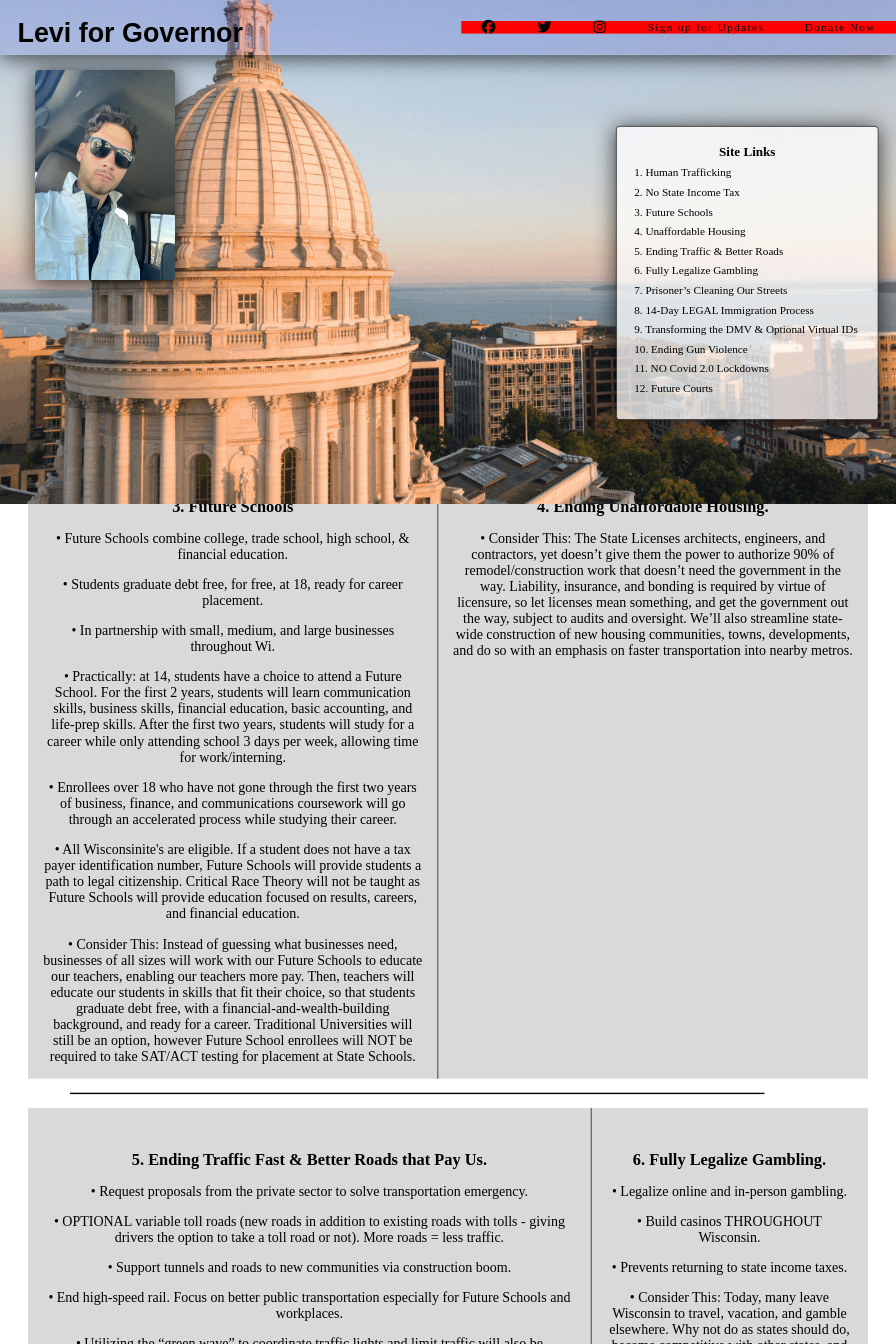
Repository: LeviCB/LeviCB.github.io
Page: index.html
The author's editor kept a record of every edit. The page is drawn from the files as they stood at one moment, then again after the next edit.
The browser window is 1280 px wide. The pictures show the part of the page from y = 0 to 1920 px (the page is 3982 px tall), at 70% of full size.
Some web fonts or font styles are not loaded; a fallback is used. Some web libraries are served in a nearby version.

Above is the page before.
Console error: SyntaxError: Identifier 'head' has already been declared

After the next edit:
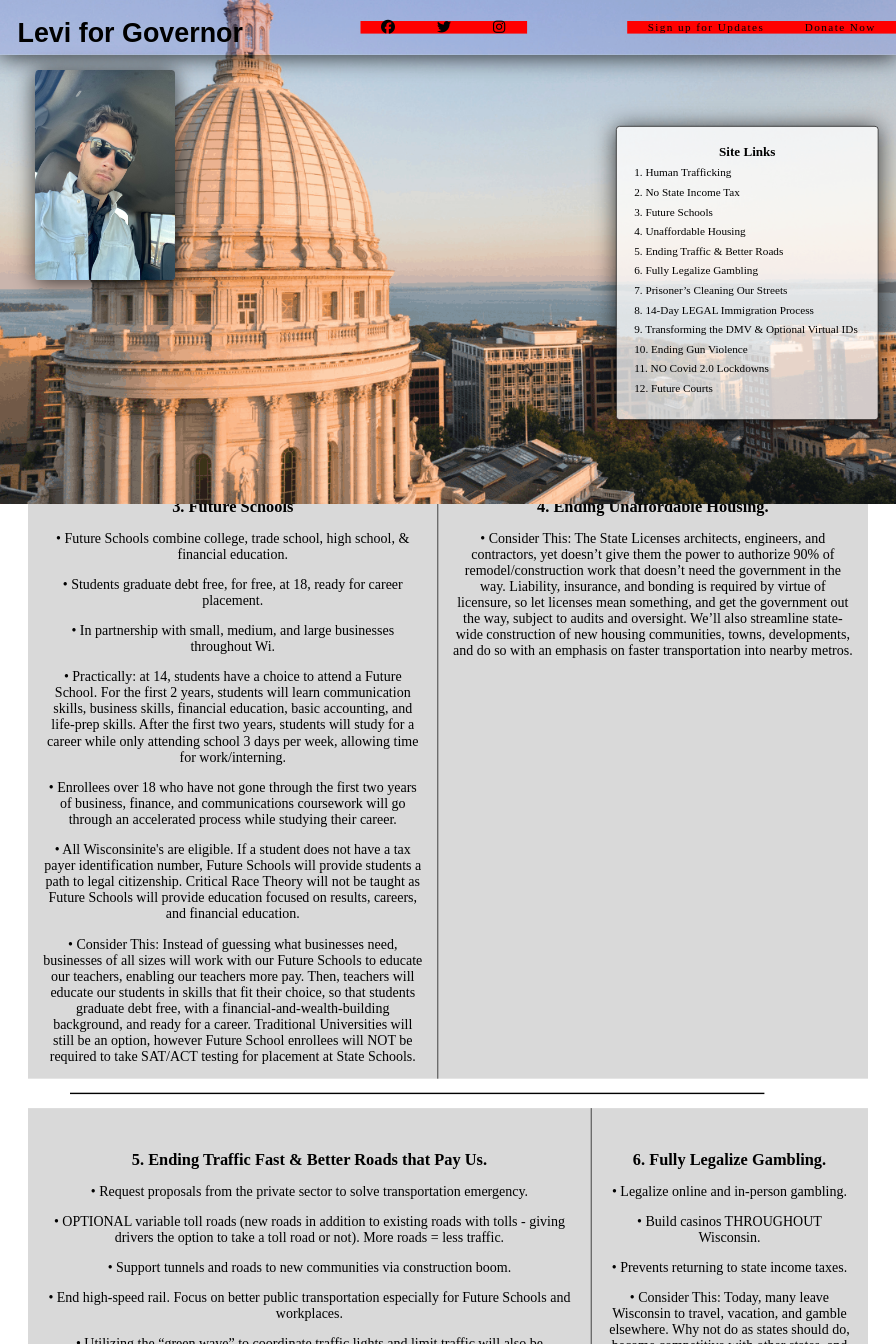
The edit:
--- a/index.html
+++ b/index.html
@@ -23,7 +23,8 @@
          <li><a href="#"><i class="fab fa-facebook fa-lg"></i></a></li>
          <li><a href="#"><i class="fab fa-twitter fa-lg"></i></a></li>
          <li><a href="#"><i class="fab fa-instagram fa-lg"></i></a></li>
-      </div>
+    </ul>
+    <ul>
       <li><a href="">Sign up for Updates</a></li>
       <li><a href="">Donate Now</a></li>
     </ul>
